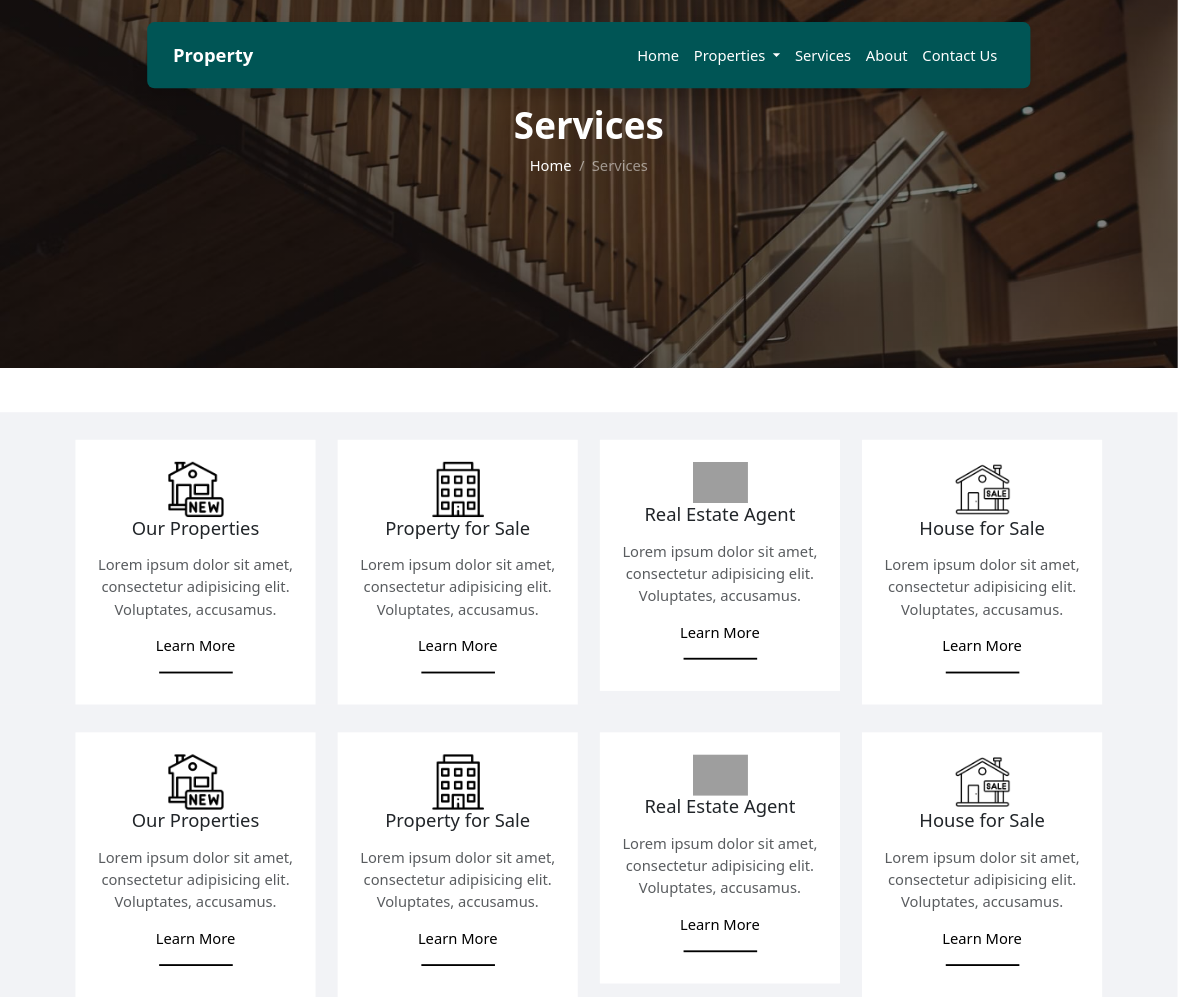
Repository: sameerrrrkhan911-git/Property
Page: service.html
The author's editor kept a copy of each file at every save. The page is drawn from the files as they stood at one save, then again after the next save.
The browser window is 1280 px wide. The pictures show the whole page, at 92% of full size.
Pictures or frames that could not be fetched are drawn as grey boxes. Some web libraries are served in a nearby version.

Above is the page before, as saved 2025-09-28 16:23:45.

### service.html
<!doctype html>
<html lang="en">

<head>
    <meta charset="utf-8">
    <meta name="viewport" content="width=device-width, initial-scale=1">
    <title>Property</title>

    <!--====== LINKS ========-->
    <link href="https://cdn.jsdelivr.net/npm/bootstrap@5.3.8/dist/css/bootstrap.min.css" rel="stylesheet">
    <link
        href="https://fonts.googleapis.com/css2?family=Montserrat:wght@400;600&family=Open+Sans:wght@400;600&display=swap"
        rel="stylesheet">
    <link href="https://unpkg.com/aos@2.3.1/dist/aos.css" rel="stylesheet">
    <link href="https://cdn.jsdelivr.net/npm/remixicon@4.5.0/fonts/remixicon.css" rel="stylesheet">
    <link href="https://cdnjs.cloudflare.com/ajax/libs/tiny-slider/2.9.4/tiny-slider.css" rel="stylesheet">
    <link rel="stylesheet" href="assets/css/style2.css">
    <link rel="stylesheet" href="assets/css/style.css">

</head>

<body>

    <!--=====HEADER=====-->
    <header>
        <section class="mb-5" id="Right-Step">
        <div class="bg-holder overlay overlay-elixir">
        </div>

        <!-- Navbar -->
        <nav
            class="navbar navbar-expand-lg green-color p-3 mt-4 sticky-top position-absolute top-0 start-50 translate-middle-x w-75 rounded-3 shadow">
            <div class="container-fluid">
                <!-- Brand -->
                <a class="navbar-brand text-white fw-bold" href="#">Property</a>

                <!-- Toggler for Mobile -->
                <button class="navbar-toggler bg-light" type="button">
                    <span class="navbar-toggler-icon"></span>
                </button>

                <!-- Navbar Links -->
                <div class="collapse navbar-collapse" id="navbarNavDropdown">
                    <ul class="navbar-nav ms-auto">
                        <li class="nav-item">
                            <a class="nav-link text-white active" aria-current="page" href="#">Home</a>
                        </li>
                        <li class="nav-item dropdown">
                            <a class="nav-link dropdown-toggle text-white" href="#" role="button"
                                data-bs-toggle="dropdown" aria-expanded="false">
                                Properties
                            </a>
                            <ul class="dropdown-menu">
                                <li><a class="dropdown-item" href="#">Action</a></li>
                                <li><a class="dropdown-item" href="#">Another action</a></li>
                                <li><a class="dropdown-item" href="#">Something else here</a></li>
                            </ul>
                        </li>
                        <li class="nav-item"><a class="nav-link text-white" href="service.html">Services</a></li>
                        <li class="nav-item"><a class="nav-link text-white" href="about.html">About</a></li>
                        <li class="nav-item"><a class="nav-link text-white" href="contact.html">Contact Us</a></li>
                    </ul>
                </div>
            </div>
        </nav>

        <!--/.bg-holder-->
        <div class="forbg py-5">
            <div class="container">

                <div class="row justify-content-center align-items-center">
          <div class="col-lg-9 text-center mt-5">
            <h1 class="heading aos-init aos-animate white mt-3 fw-bold" data-aos="fade-up">Services</h1>

            <nav aria-label="breadcrumb" data-aos="fade-up" data-aos-delay="200" class="aos-init aos-animate">
              <ol class="breadcrumb text-center justify-content-center">
                <li class="breadcrumb-item"><a href="index.html" style="color: white;">Home</a></li>
                <li class="ms-2 me-2 text-white-50" aria-current="page">
                  /
                </li>
                <li class="breadcrumb-item active text-white-50" aria-current="page">
                  Services
                </li>
              </ol>
            </nav>
          </div>
        </div>
            </div>
        </div><!-- end of .container-->
    </section>
    </header>

    <!--=====MAIN=====-->
<main>

<!-- Features -->

    <section class="features-1">
      <div class="container">
        <div class="row g-4">

          <div class="col-6 col-lg-3">
            <div class="white-bg box-feature p-4 text-center">
              <img src="./assets/images/new-house.png" alt="Bed" width="60">
              <h3 class="mb-3 fs-5">Our Properties</h3>
              <p class="text-muted">
                Lorem ipsum dolor sit amet, consectetur adipisicing elit.
                Voluptates, accusamus.
              </p>
              <p><a href="#" class="learn-more text-decoration-none black">Learn More</a></p>
              <div class="black-line"></div>
            </div>
          </div>

          <div class="col-6 col-lg-3">
            <div class="white-bg box-feature p-4 text-center">
              <img src="./assets/images/building (1).png" alt="Bed" width="60">
              <h3 class="mb-3 fs-5">Property for Sale</h3>
              <p class="text-muted">
                Lorem ipsum dolor sit amet, consectetur adipisicing elit.
                Voluptates, accusamus.
              </p>
              <p><a href="#" class="learn-more text-decoration-none black">Learn More</a></p>
              <div class="black-line"></div>
            </div>
          </div>

          <div class="col-6 col-lg-3">
            <div class="white-bg box-feature p-4 text-center">
              <img src="./assets/images/real-estate-agent.png" alt="Bed" width="60">
              <h3 class="mb-3 fs-5">Real Estate Agent</h3>
              <p class="text-muted">
                Lorem ipsum dolor sit amet, consectetur adipisicing elit.
                Voluptates, accusamus.
              </p>
              <p><a href="#" class="learn-more text-decoration-none black">Learn More</a></p>
              <div class="black-line"></div>
            </div>
          </div>

          <div class="col-6 col-lg-3">
            <div class="white-bg box-feature p-4 text-center">
              <img src="./assets/images/house-for-sale.png" alt="Bed" width="60">
              <h3 class="mb-3 fs-5">House for Sale</h3>
              <p class="text-muted">
                Lorem ipsum dolor sit amet, consectetur adipisicing elit.
                Voluptates, accusamus.
              </p>
              <p><a href="#" class="learn-more text-decoration-none black">Learn More</a></p>
              <div class="black-line"></div>
            </div>
          </div>

        </div>
      </div>
    </section>



    <section class="features-1">
      <div class="container">
        <div class="row g-4">

          <div class="col-6 col-lg-3">
            <div class="white-bg box-feature p-4 text-center">
              <img src="./assets/images/new-house.png" alt="Bed" width="60">
              <h3 class="mb-3 fs-5">Our Properties</h3>
              <p class="text-muted">
                Lorem ipsum dolor sit amet, consectetur adipisicing elit.
                Voluptates, accusamus.
              </p>
              <p><a href="#" class="learn-more text-decoration-none black">Learn More</a></p>
              <div class="black-line"></div>
            </div>
          </div>

          <div class="col-6 col-lg-3">
            <div class="white-bg box-feature p-4 text-center">
              <img src="./assets/images/building (1).png" alt="Bed" width="60">
              <h3 class="mb-3 fs-5">Property for Sale</h3>
              <p class="text-muted">
                Lorem ipsum dolor sit amet, consectetur adipisicing elit.
                Voluptates, accusamus.
              </p>
              <p><a href="#" class="learn-more text-decoration-none black">Learn More</a></p>
              <div class="black-line"></div>
            </div>
          </div>

          <div class="col-6 col-lg-3">
            <div class="white-bg box-feature p-4 text-center">
              <img src="./assets/images/real-estate-agent.png" alt="Bed" width="60">
              <h3 class="mb-3 fs-5">Real Estate Agent</h3>
              <p class="text-muted">
                Lorem ipsum dolor sit amet, consectetur adipisicing elit.
                Voluptates, accusamus.
              </p>
              <p><a href="#" class="learn-more text-decoration-none black">Learn More</a></p>
              <div class="black-line"></div>
            </div>
          </div>

          <div class="col-6 col-lg-3">
            <div class="white-bg box-feature p-4 text-center">
              <img src="./assets/images/house-for-sale.png" alt="Bed" width="60">
              <h3 class="mb-3 fs-5">House for Sale</h3>
              <p class="text-muted">
                Lorem ipsum dolor sit amet, consectetur adipisicing elit.
                Voluptates, accusamus.
              </p>
              <p><a href="#" class="learn-more text-decoration-none black">Learn More</a></p>
              <div class="black-line"></div>
            </div>
          </div>

        </div>
      </div>
    </section>

</main>

</body>

</html>

### assets/css/style.css
/* ==============================
   Root Variables
=================================*/
:root {
  --green-color: #005555;
   --heading-color: #2a3855;
}

.green-color {
  background-color: var(--green-color);
}

.green{
  color: var(--green-color);
}

.black{
  color: black;
}

.para{
  text-align: left;
}

.heading-color{
  color: var(--heading-color);
}

.z-9 {
  z-index: 9 !important;
}

.white {
  color: white;
}

.green-line{
   height: 2px;
  width: 120px;
 background-color: var(--green-color);
 margin-bottom: 10px;
}

.black-line{
   height: 2px;
  width: 80px;
 background-color: black;
 margin: 10px auto;
}

.white-bg{
  background-color: white;
}

.fs-6{
  font-size: 5px;
}

.marginn{
  margin-bottom: 30px;
}

.a{
  text-decoration: none;
}


.dark-grey{
  background-color: #cccccc;
}

.text-color{
  color: #909ba6;
}
/* ==============================
Header
=================================*/


/* Hero background */
.hero-header {
  background-image: url("../images/hero_bg_3.jpg") !important;
  background-repeat: no-repeat;
  background-position: center center;
  background-size: cover;
  min-height: 100vh;
  position: relative;
  display: flex;
  align-items: center;
}



/* Overlay */
.hero-header::before {
  content: "";
  position: absolute;
  top: 0;
  left: 0;
  width: 100%;
  height: 100%;
  background: rgba(0, 0, 0, 0.5);
  z-index: 0;
}

/* Keep hero text above overlay */
.hero {
  position: relative;
  z-index: 1;
}

/* White text */
.white {
  color: #fff !important;
}

/* Responsive adjustments */
@media (max-width: 768px) {
  nav.navbar {
    width: 90% !important;
    margin-top: 1rem !important;
    padding: 0.75rem 1rem !important;
  }

  .hero h1 {
    font-size: 1.75rem;
    line-height: 1.3;
  }

  .hero form {
    flex-direction: column !important;
    gap: 0.75rem;
  }

  .hero input {
    width: 100% !important;
  }

  .hero button {
    width: 100% !important;
  }
}

@media (max-width: 576px) {
  .hero h1 {
    font-size: 1.5rem;
  }
}

/* Popular properties */

.property-slider {
  overflow: hidden;
}

.property-item {
  background: #fff;
  border-radius: 8px;
  overflow: hidden;
}

.property-content {
  background: #fff;
  border-radius: 8px;
}

/* Features */

.features-1 {
    padding-top: 30px;
    position: relative;
    z-index: 8;
    text-align: center;
    background-color: rgba(0, 32, 74, 0.05);
}

/* ==========================
   Testimonials Section
========================== */

.sec-testimonials .heading {
  font-size: 2rem;
  font-weight: 700;
}

/* Prev/Next buttons */
#testimonial-nav {
  display: flex;
  gap: 10px;
}

#testimonial-nav span {
  cursor: pointer;
  font-size: 14px;
  color: #002855;
  background: #e9ecef;
  padding: 6px 14px;
  border-radius: 20px;
  transition: all 0.3s ease;
}

#testimonial-nav span:hover {
  background: #002855;
  color: #fff;
}

/* Testimonials layout */
.testimonial-slider {
  display: grid;
  grid-template-columns: repeat(auto-fit, minmax(300px, 1fr));
  gap: 40px;
  margin-top: 30px;
  text-align: center;
}

.testimonial {
  padding: 20px;
}

.testimonial img {
  width: 90px;
  height: 90px;
  object-fit: cover;
  margin-bottom: 15px;
  border: 3px solid #ddd;
}

.testimonial .rate {
  margin: 10px 0;
  font-size: 16px;
  color: #f1c40f;
}

.testimonial h3 {
  margin-bottom: 10px;
  font-size: 1.1rem;
  font-weight: 600;
}

.testimonial blockquote {
  font-style: italic;
  font-size: 0.95rem;
  color: #555;
  margin: 10px 0 15px;
}

.greyy{
  background-color: #efefef;
}

.testimonial p.text-muted {
  font-size: 0.85rem;
  color: #888;
}

.img-fluid {
   max-width: 100%;
    height: auto;
}

/* Call To Action */
.footer-cta {
  background: white ;
  padding: 50px;
}

.footer-cta .btn-primary {
  border-radius: 30px;
  font-size: 1.1rem;
  transition: all 0.3s ease;
}

.footer-cta .btn-primary:hover {
  background: #003f3f;
  transform: translateY(-3px);
  box-shadow: 0 6px 15px rgba(0,0,0,0.2);
}

/* Our Agents */
.section_1{
  background-color: #f8f9fa;
}

/* Agent Card */
.person {
  background: #fff;
  border-radius: 12px;
  padding: 60px 20px 30px;
  text-align: center;
  position: relative;
  box-shadow: 0 4px 20px rgba(0,0,0,0.05);
  transition: all 0.3s ease;
}

.person:hover {
  transform: translateY(-8px);
  box-shadow: 0 12px 30px rgba(0,0,0,0.1);
}

/* Profile Image */
.person img {
  width: 100px;
  height: 100px;
  object-fit: cover;
  border-radius: 50%;
  position: absolute;
  top: -50px;
  left: 50%;
  transform: translateX(-50%);
}

/* Text styling */
.person-contents h2 {
  margin-top: 60px;
  font-size: 1.2rem;
  font-weight: 600;
}

.person-contents .meta {
  font-size: 0.9rem;
  color: #6c757d;
  margin-bottom: 15px;
}

.person-contents p {
  font-size: 0.95rem;
  color: #555;
  margin-bottom: 20px;
}

/* Social icons */
.social a {
  display: inline-flex;
  justify-content: center;
  align-items: center;
  width: 40px;
  height: 40px;
  margin: 0 5px;
  border-radius: 50%;
  background: #002855;
  color: #fff;
  transition: all 0.3s ease;
  text-decoration: none;
}

.social a:hover {
  background: #005555;
}

h2 a {
  color: #000;
  text-decoration: none;
}

.roundd{

  border-radius: 50%;
  text-decoration: none;
  padding: 5px;
}

.font-color{
 color: #163060;
}

.forbg {
    height: 400px;
    background: linear-gradient(to bottom, rgba(0, 0, 0, 0.5), rgba(0, 0, 0, 0.5)), url(../images/hero_bg_1.jpg);
    background-size: cover;
    background-position: center;
}

a{
  text-decoration: none;
}

Loaded but not shown: assets/css/style2.css (library)

After the next save:
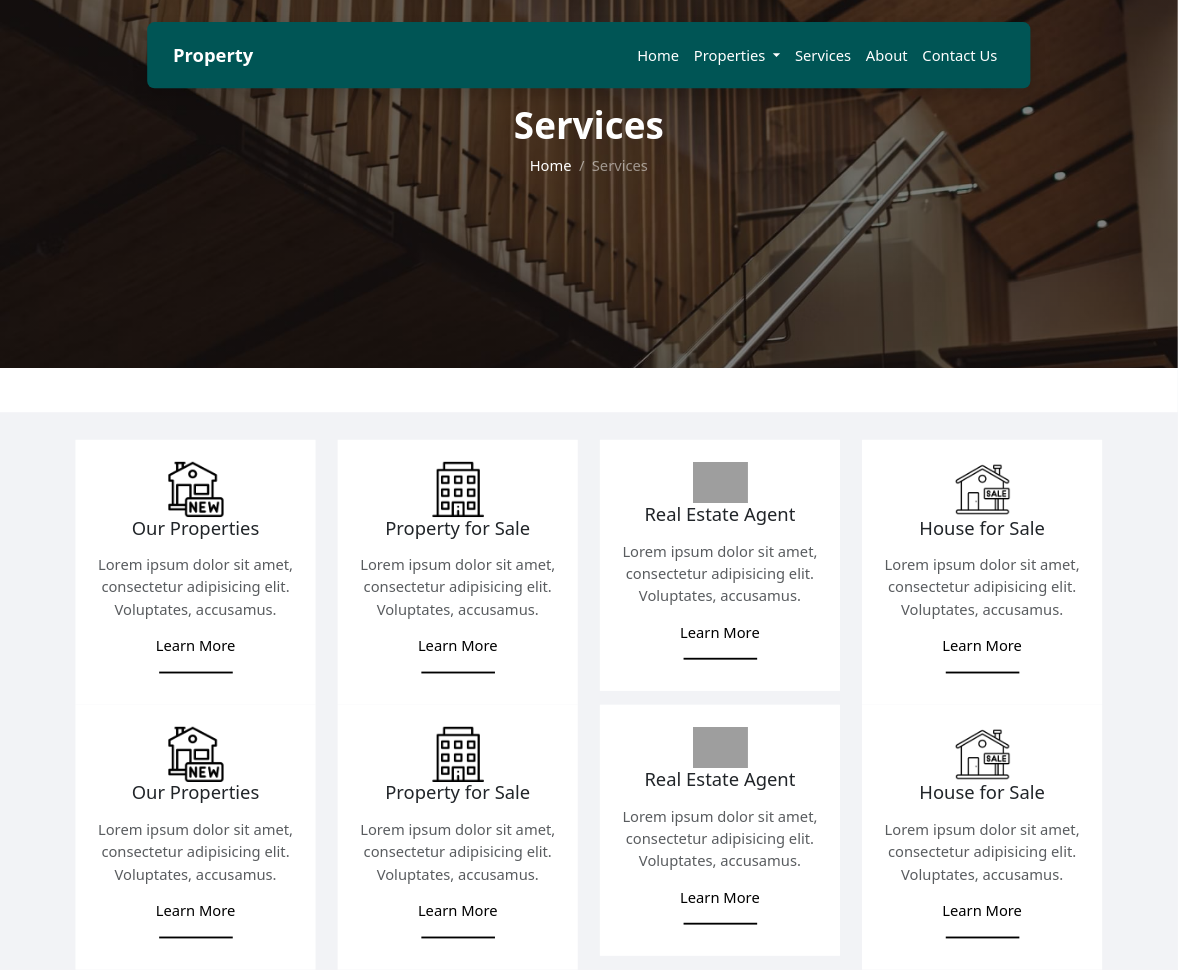
Saved 22 s later.
--- a/service.html
+++ b/service.html
@@ -153,11 +153,7 @@
 
         </div>
       </div>
-    </section>
-
-
-
-    <section class="features-1">
+
       <div class="container">
         <div class="row g-4">
 
